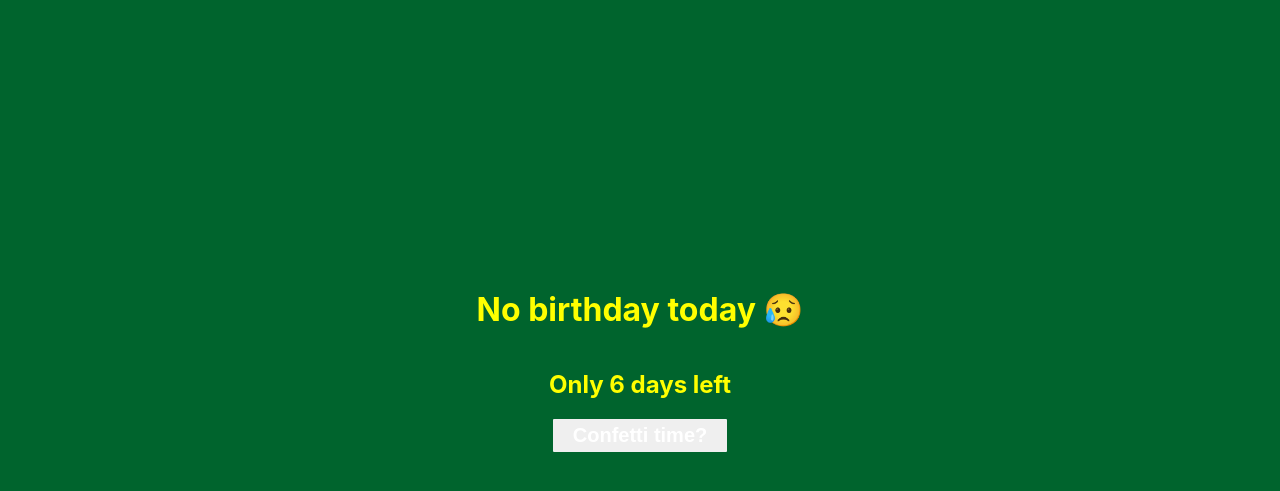
Repository: David-Waite/HannahsBirthdayWebsite
Page: /
The author's editor kept a copy of each file at every save. The page is drawn from the files as they stood at one save, then again after the next save.
The browser window is 1280 px wide. The pictures show the whole page.
The project was rebuilt for these pictures with package versions that can differ from the ones it lists, and the page was loaded fresh each time.

Above is the page before, as saved 2023-03-30 18:22:08.

After the next save:
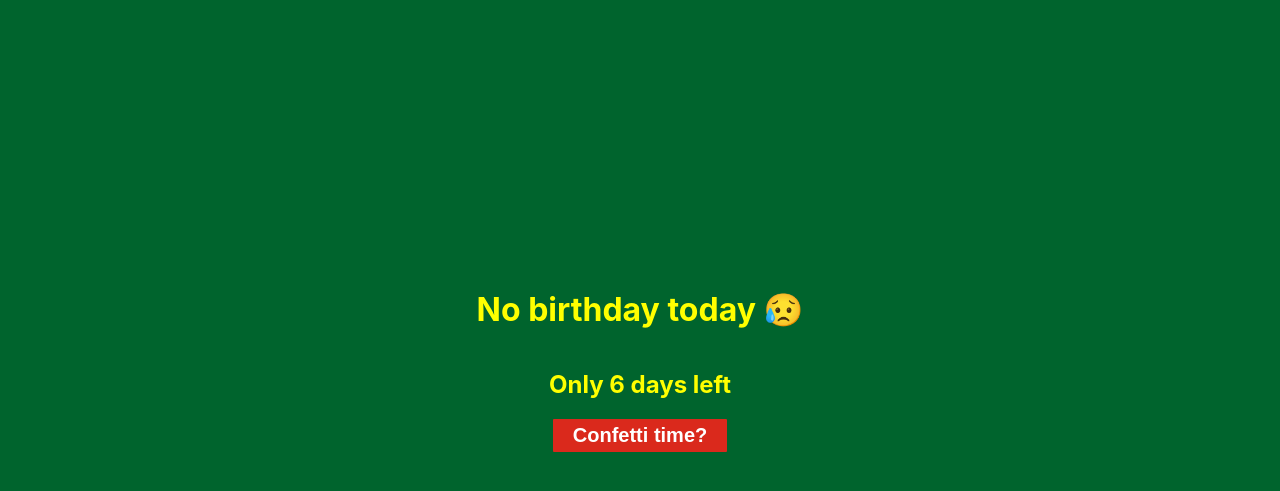
Saved 4 s later.
--- a/src/index.css
+++ b/src/index.css
@@ -21,7 +21,7 @@ body {
 button {
   border: none;
   padding: 5px 20px;
-  background-color: DA291C;
+  background-color: #da291c;
   color: white;
   font-size: 20px;
   border-radius: 1px;
